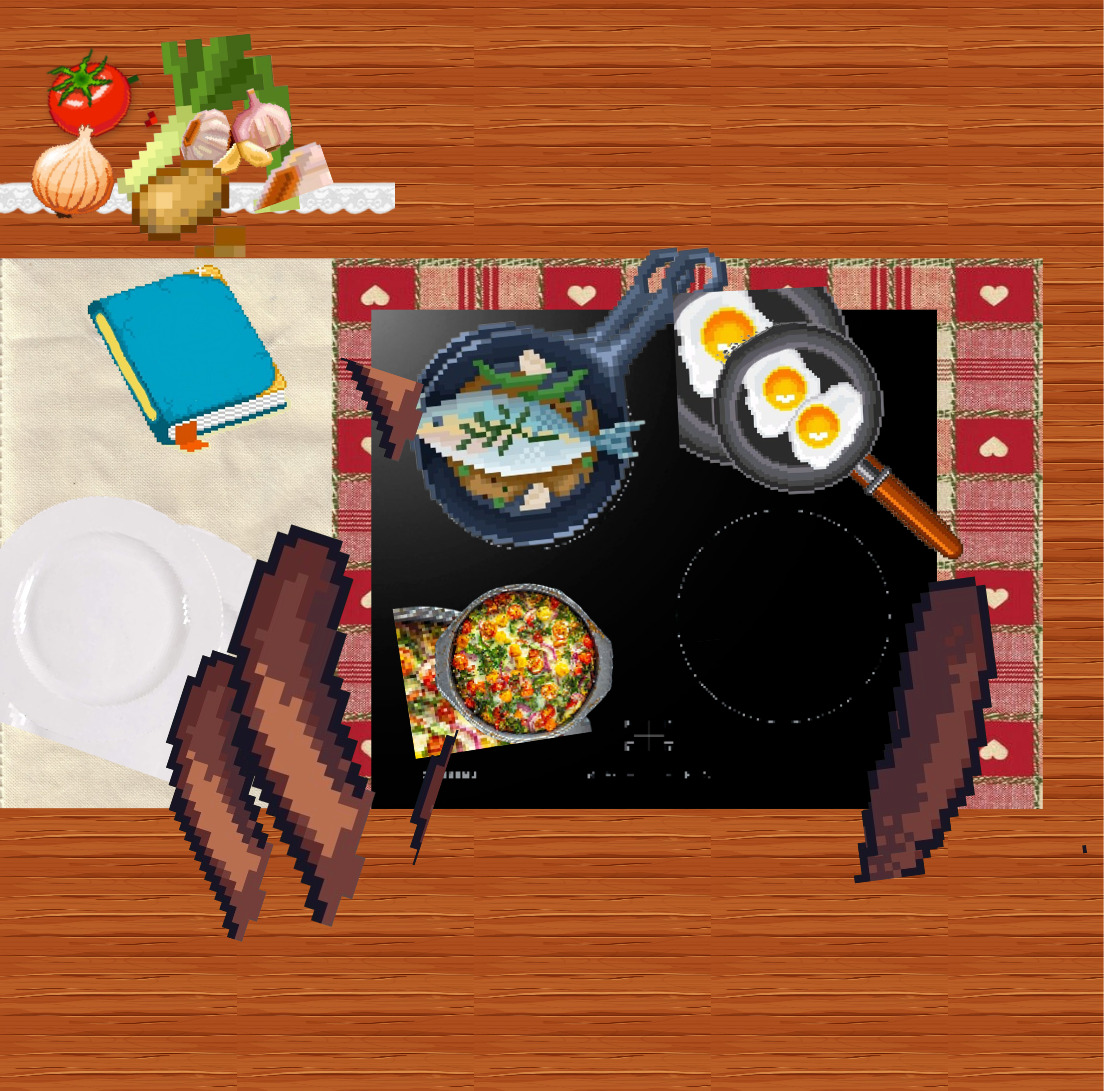
Repository: AJamdonuts/ToddyTalks
Page: playingaround2/pages/chefsujin.html
These files come from the project's save history. The page is drawn as it stood at one moment and after the next save; the edit follows.
The browser window is 1280 px wide. The page is 1397 px wide, so the pictures cover 1397 px, including what lies to the right of the window. The pictures show the whole page, at 79% of full size.

Above is the page before, as saved 2025-11-26 22:36:26.
Console error: ReferenceError: MIN_SCALE is not defined

After the next save:
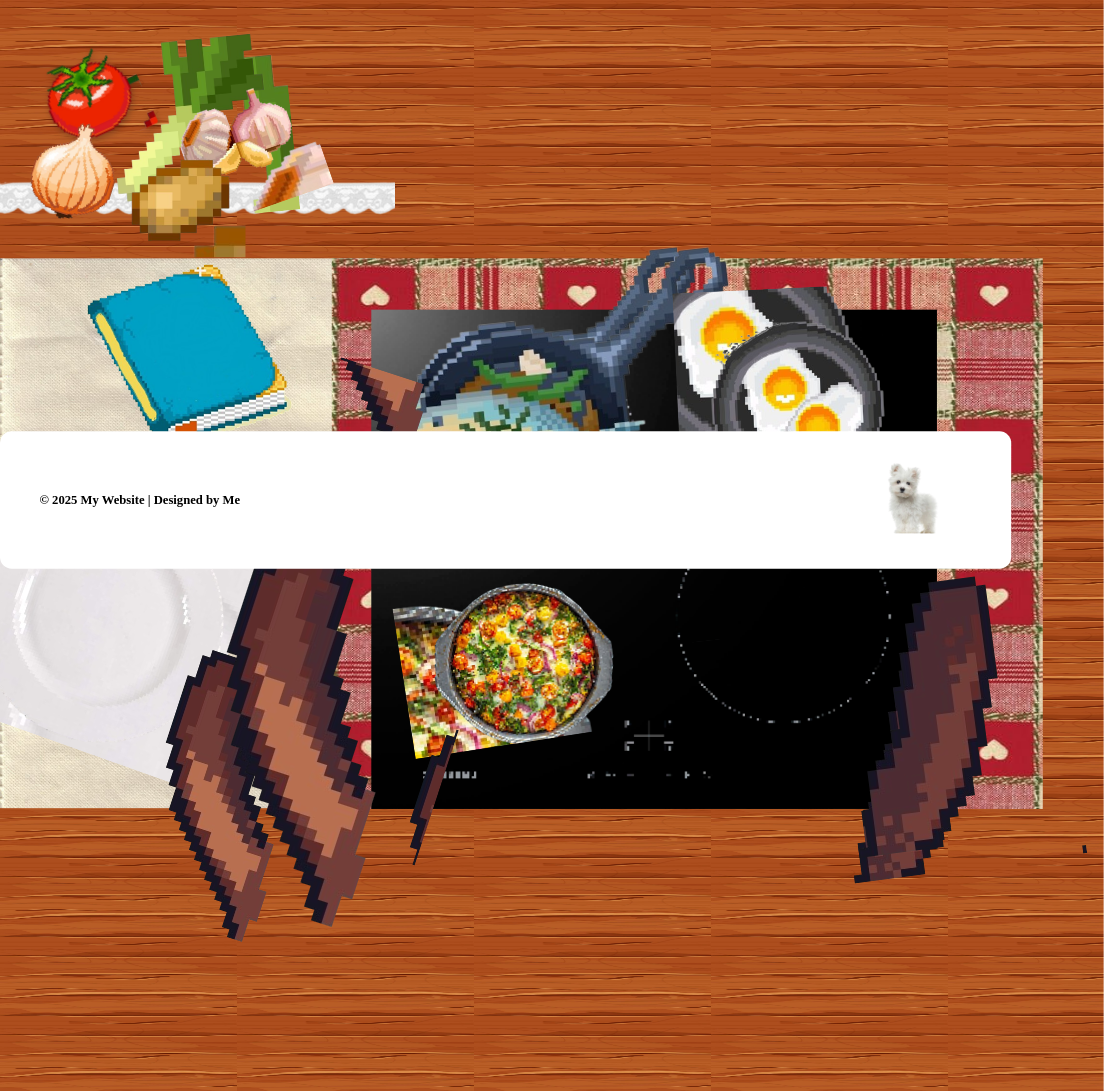
Saved 9 min 15 s later.
--- a/playingaround2/pages/chefsujin.html
+++ b/playingaround2/pages/chefsujin.html
@@ -28,5 +28,13 @@
         <img src="/playingaround2/images/IMG_0236-removebg-preview.png" class="beararm2" >
     </div>
 
+    <footer>
+                <div class="footer-content">
+                    <p class="footer-text">© 2025 My Website | Designed by Me</p>
+                    <a href="https://example.com">
+                    <img src="/playingaround2/images/ -16.png" alt="Footer Logo" class="footer-img">
+                    </a>
+                </div>
+            </footer>
 </body>
 </html>
--- a/playingaround2/styles/chefsujin.css
+++ b/playingaround2/styles/chefsujin.css
@@ -3,7 +3,6 @@ html, body {
     padding: 0;
     /* Crucial: Sets the viewport as the reference size */
     width: 100vw;
-    height: 100vh;
 }
 
 /* Add a main container to hold all your absolutely positioned elements */
@@ -15,13 +14,16 @@ html, body {
     max-height: 1024px;
     transform-origin: bottom center;
     transform: scale(var(--scale-factor, 1));
+    flex-grow: 1;
 }
 
 /* Use Flexbox on the body to center the .canvas element when it hits the max size */
 body {
     display: flex;
+    flex-direction: column;
     justify-content: center; /* horizontally center canvas */
-    align-items: flex-end;   /* vertically position canvas as needed */
+    align-items: center;   /* vertically position canvas as needed */
+    min-height: 100vh;;
 
     background-image: url('/playingaround2/images/kitchencounter.jpg');
     background-repeat: repeat;      /* repeat the image */
@@ -179,3 +181,41 @@ body {
     top: 327px;
     left: 420px;
 }
+
+
+footer {
+    flex-shrink: 0;
+    width: 100%;
+    background-color: white;
+    border-radius: 15px;
+    box-sizing: border-box;
+    z-index: 1000;
+}
+
+.footer-content {
+  display: flex;
+  justify-content: space-between; /* text left, image right */
+  align-items: center;           /* vertically center text & image */
+  padding: 10px 50px; /* Adjust left/right padding as needed */
+  max-width: 1440px; /* Keep it aligned with max width of canvas */
+  margin: 0 auto;
+}
+
+.footer-text {
+  color: black;
+  font-weight: bold;
+  font-size: 1rem;
+}
+
+.footer-img {
+  width: 150px;                     /* size of your image */
+  height: auto;
+  cursor: pointer;                 /* shows it’s clickable */
+  transition: transform 0.3s;
+  padding: 0%;
+  margin: 0%;
+}
+
+.footer-img:hover {
+  transform: scale(1.1);           /* optional hover effect */
+}
